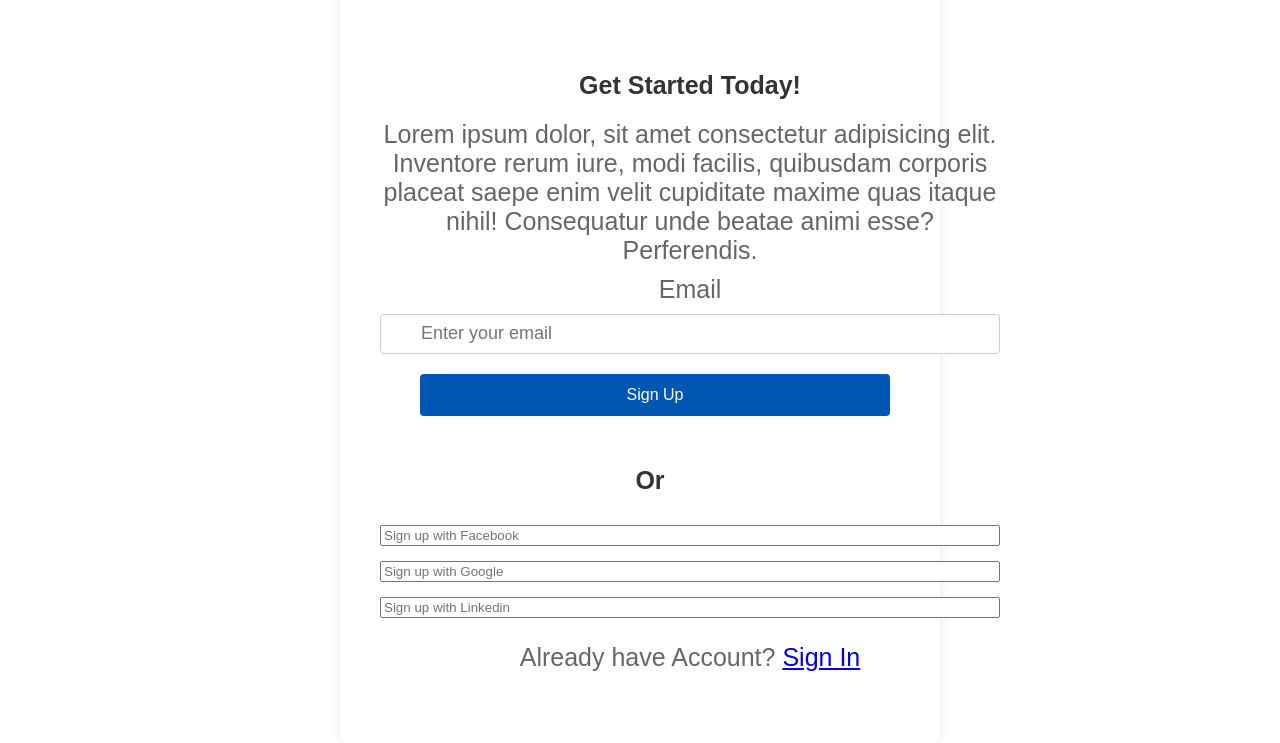
Repository: Femi007-gh/LOGIN-INTERFACE
Page: index.html
The author's editor kept a copy of each file at every save. The page is drawn from the files as they stood at one save, then again after a run of saves.
The browser window is 1280 px wide. The pictures show the whole page.

Above is the page before, as saved 2025-01-21 13:46:03.

After the next 2 saves:
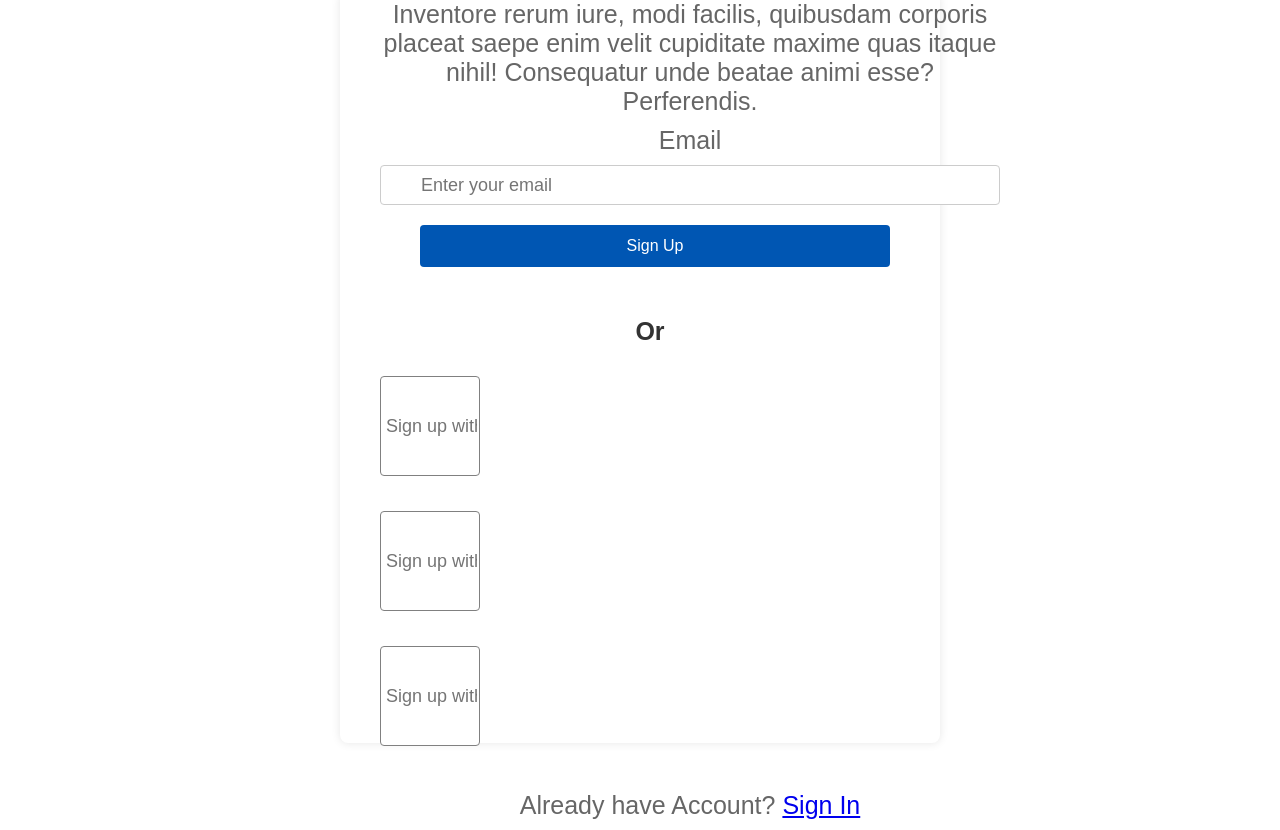
The 2 saves are shown as one change because they came seconds apart.
The last was saved 15 s later.
--- a/style.css
+++ b/style.css
@@ -84,7 +84,7 @@ input[type="email"], input[type="text"] {
   margin-bottom: 30px;
   margin-right: 80px;
 }
- .small {
+ .sign {
   width: 100px;
   height: 100px;
   border: 1px solid grey;
